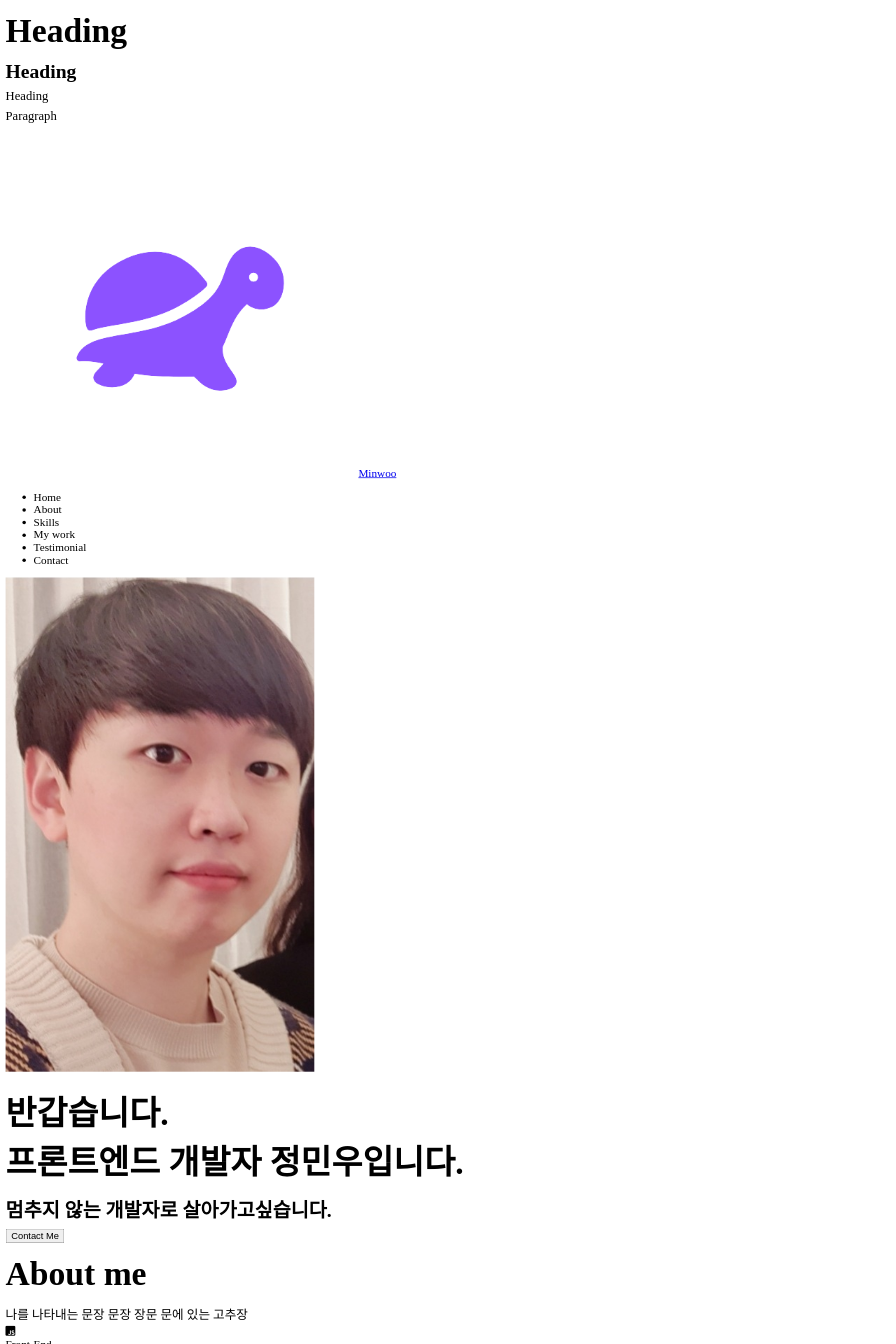
Repository: DevMinwoo-Jung/MinwooPortfolio
Page: index.html
The author's editor kept a copy of each file at every save. The page is drawn from the files as they stood at one save, then again after the next save.
The browser window is 1280 px wide. The pictures show the part of the page from y = 0 to 1920 px (the page is 7084 px tall before and 7248 px after), at 70% of full size.

Above is the page before, as saved 2021-05-31 13:50:22.

After the next save:
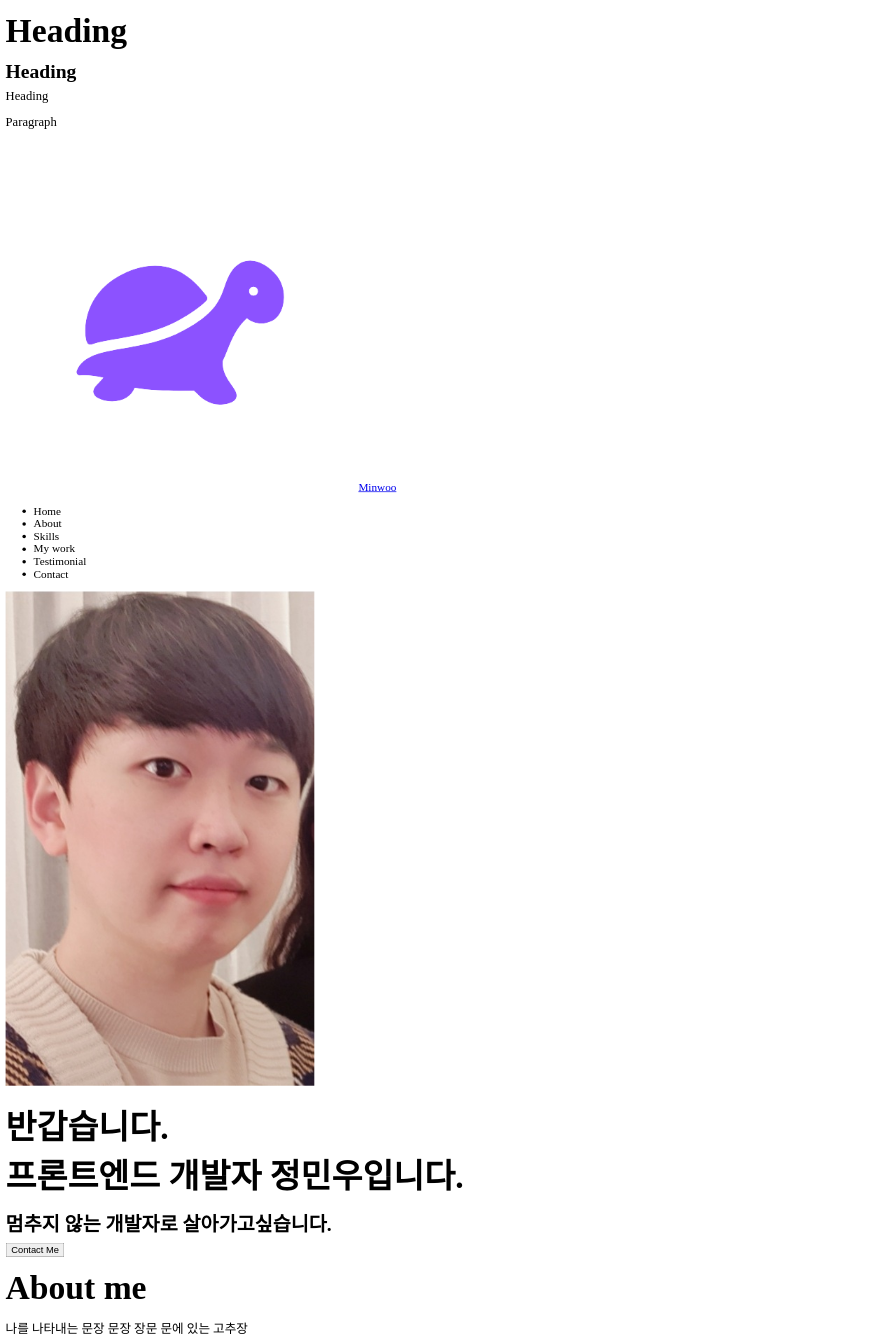
Saved 32 s later.
--- a/style.css
+++ b/style.css
@@ -60,5 +60,5 @@ p {
   font-size: var(--font-regular);
   font-weight: var(--weight-regular);
   color: var(--color-black);
-  margin: 4px 0;
+  margin: 16px 0;
 }
